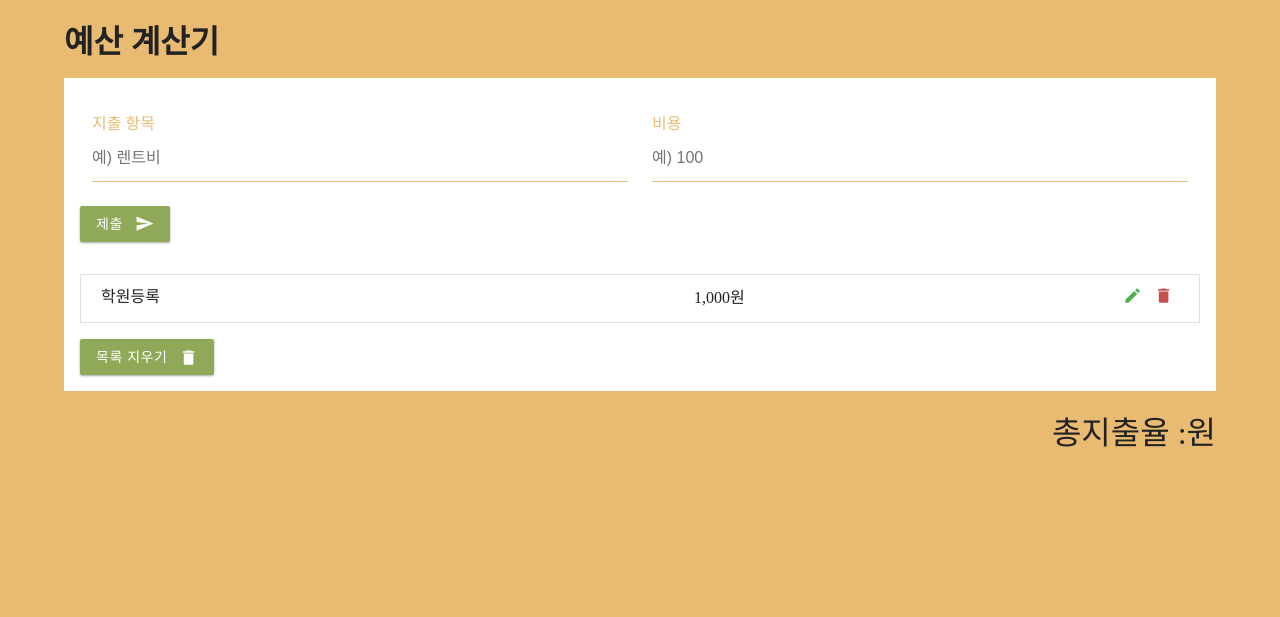
Repository: jongheonleee/budget_calculator
Page: /
The author's editor kept a copy of each file at every save. The page is drawn from the files as they stood at one save, then again after the next save.
The browser window is 1280 px wide. The pictures show the whole page.
The project was rebuilt for these pictures with package versions that can differ from the ones it lists, and the page was loaded fresh each time.

Above is the page before, as saved 2025-02-08 13:23:06.

After the next save:
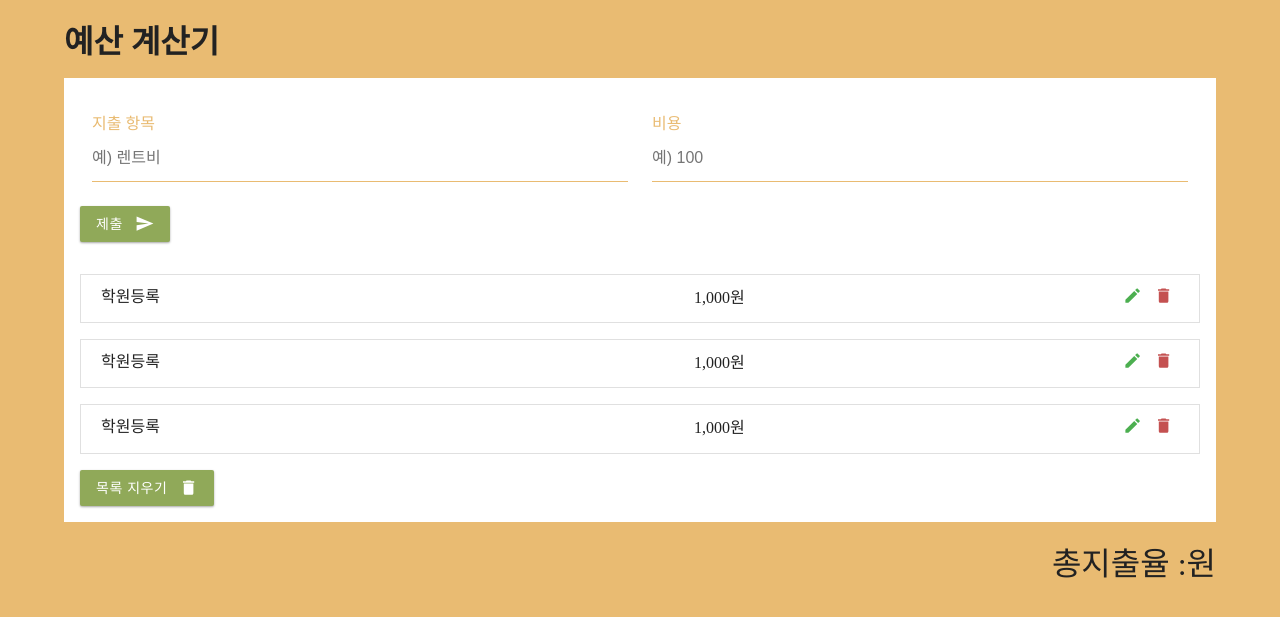
Saved 70 s later.
--- a/src/components/ExpenseList.js
+++ b/src/components/ExpenseList.js
@@ -14,6 +14,8 @@ export class ExpenseList extends Component {
         <ul className='list'>
             {/* Expense Item */}
             <ExpenseItem />
+            <ExpenseItem />
+            <ExpenseItem />
         </ul>
         <button className='btn'>
             목록 지우기
